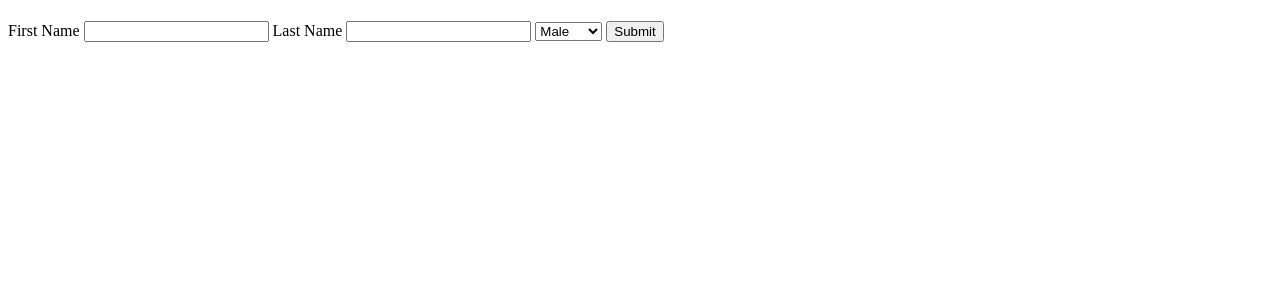
Repository: sunkim96/cosw30
Page: homework/homework2/campaign.html
The author's editor kept a record of every edit. The page is drawn from the files as they stood at one moment, then again after the next edit.
The browser window is 1280 px wide. The pictures show the whole page.

Above is the page before.

### homework/homework2/campaign.html
<!doctype html>
<html>
    <head>
        <meta charset="utf-8">
        <title>Political Campaign</title>
    </head>
    <body>
        <h1></h1>


        <form action="form.php" method="POST">
            <label for="first_name">First Name</label>
            <input type="text" id="first_name" name="first_name" required>

            <label for="last_name">Last Name</label>
            <input type="text" id="last_name" name="last_name" required>

            <select name="gender">
                <option value ="male">Male</option>
                <option value ="female">Female</option>
                <option value ="other"></option>Other</option>
                <option value ="none"></option>Prefer Not to Say</option>
            </select>
            <button>Submit</button>
        </form>



    </body>





</html>

After the next edit:
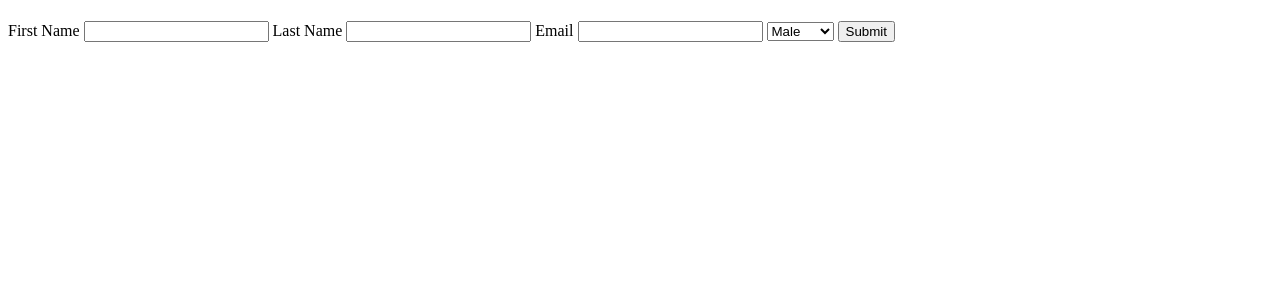
The edit:
--- a/homework/homework2/campaign.html
+++ b/homework/homework2/campaign.html
@@ -14,6 +14,9 @@
 
             <label for="last_name">Last Name</label>
             <input type="text" id="last_name" name="last_name" required>
+
+            <label for="email">Email</label>
+            <input type="email" id="email" name="email" required>
 
             <select name="gender">
                 <option value ="male">Male</option>
